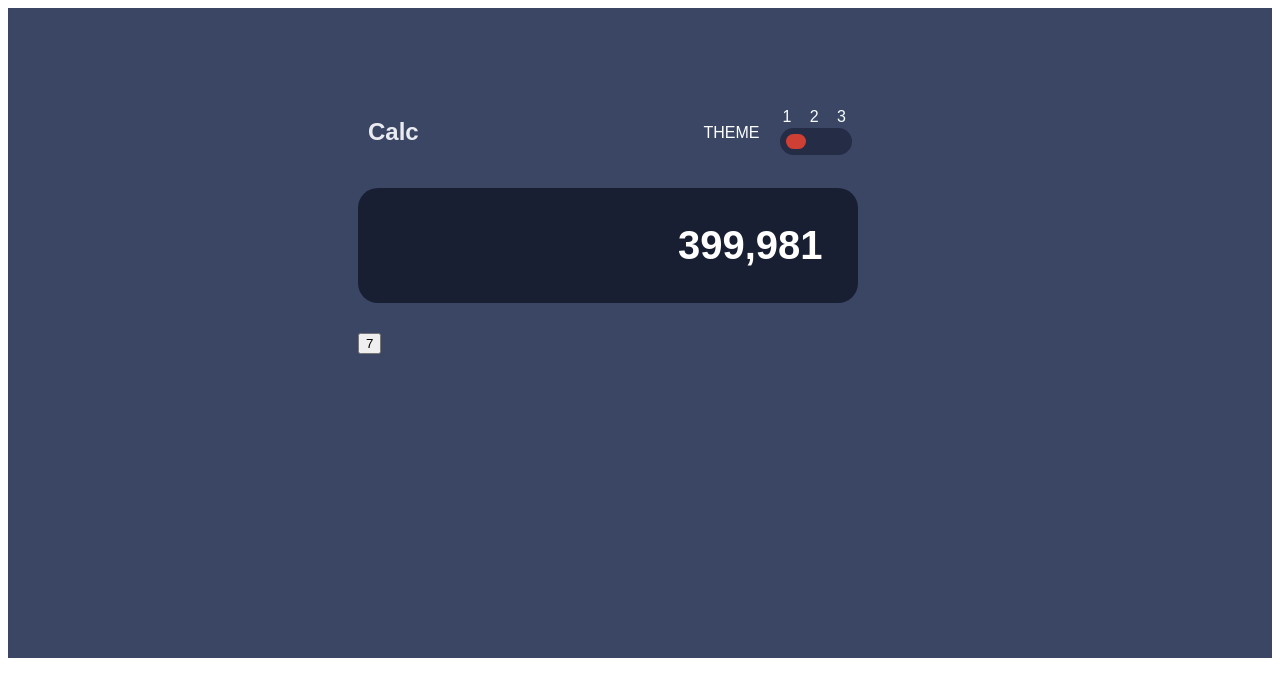
Repository: Bakyproit/Calcutor
Page: SimpleCalculatorApp.html
These files come from the project's save history. The page is drawn as it stood at one moment and after the next save; the edit follows.
The browser window is 1280 px wide. The pictures show the whole page.

Above is the page before, as saved 2022-02-09 16:14:20.

After the next save:
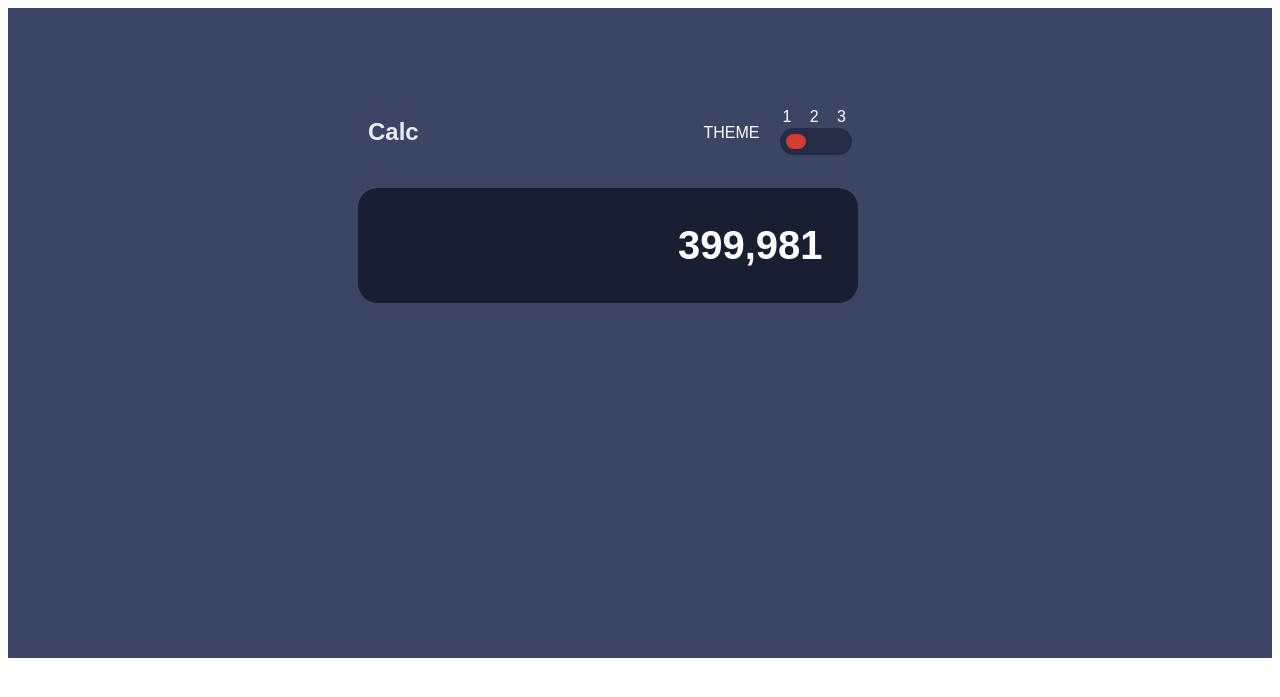
Saved 15 s later.
--- a/SimpleCalculatorApp.html
+++ b/SimpleCalculatorApp.html
@@ -38,7 +38,7 @@
             </div>
 
             <div class="app__content">
-                <button class="app__content-number">7</button>
+
 
             </div>
         </div>
